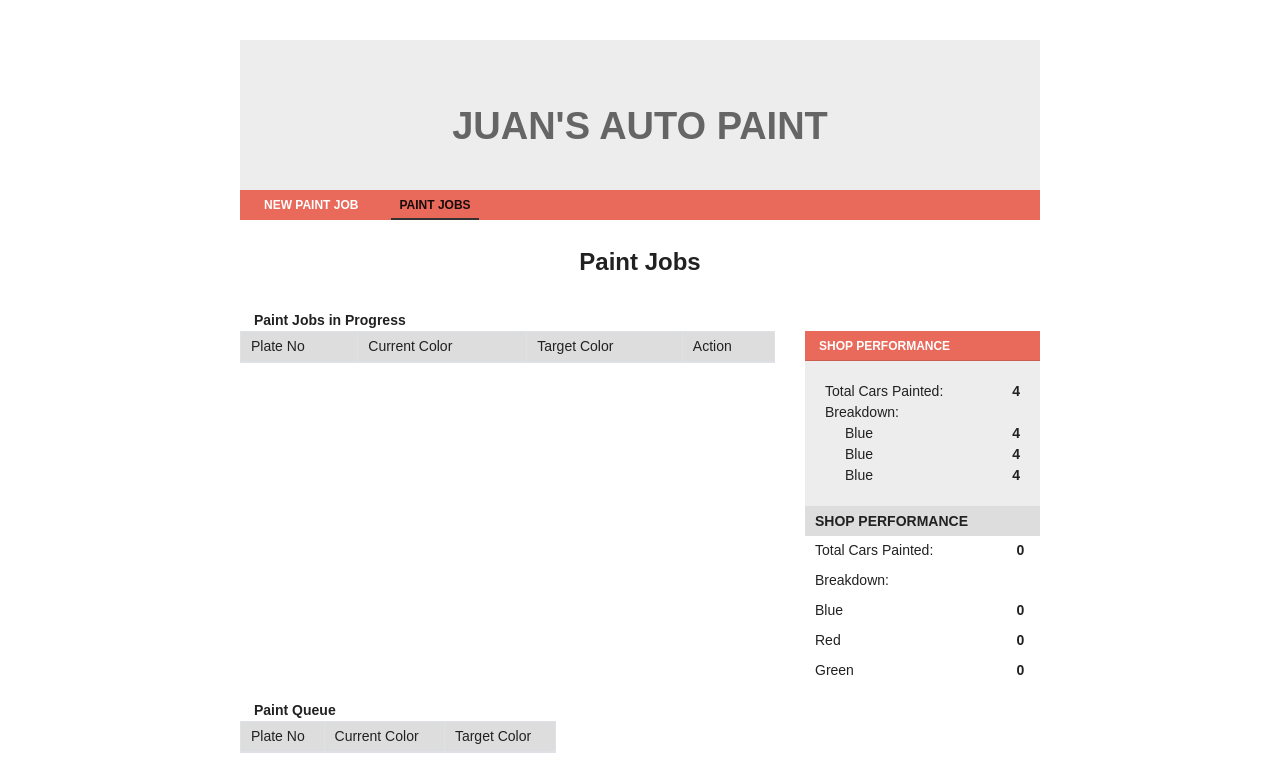
Repository: soycaringal/paint-job
Page: http://localhost/jobs
An editor plug-in stored every save of this project. The page is shown before and after the next save, followed by the edit.
The browser window is 1280 px wide. The pictures show the whole page.
The page is served by the project's Laravel application, run on PHP 8.4 with Laravel 8. Queries for data that is not in the repository find no rows.

Above is the page before, as saved 2020-02-23 20:11:07.

After the next save:
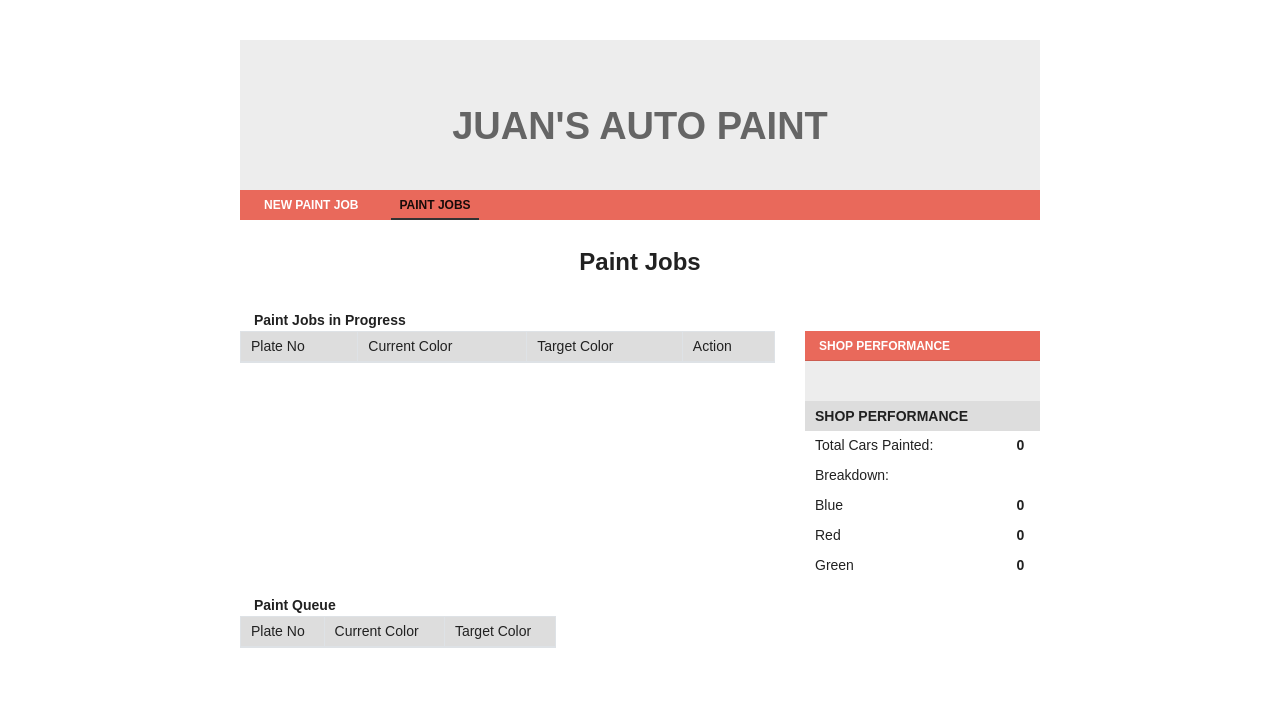
Saved 10 s later.
--- a/resources/views/jobs.blade.php
+++ b/resources/views/jobs.blade.php
@@ -28,27 +28,7 @@
             <div class="card">
                 <div class="card-header">SHOP PERFORMANCE</div>
                 <div class="card-body">
-                    <p>
-                        <span>Total Cars Painted:</span>
-                        <span class="total">4</span>
-                    </p>
-                    <p>
-                        <span>Breakdown:</span>
-                    </p>
-                    <div class="car-colors">
-                        <p>
-                            <span>Blue</span>
-                            <span class="total">4</span>
-                        </p>
-                        <p>
-                            <span>Blue</span>
-                            <span class="total">4</span>
-                        </p>
-                        <p>
-                            <span>Blue</span>
-                            <span class="total">4</span>
-                        </p>
-                    </div>
+
                 </div>
             </div>
             <table class="table table-borderless">
